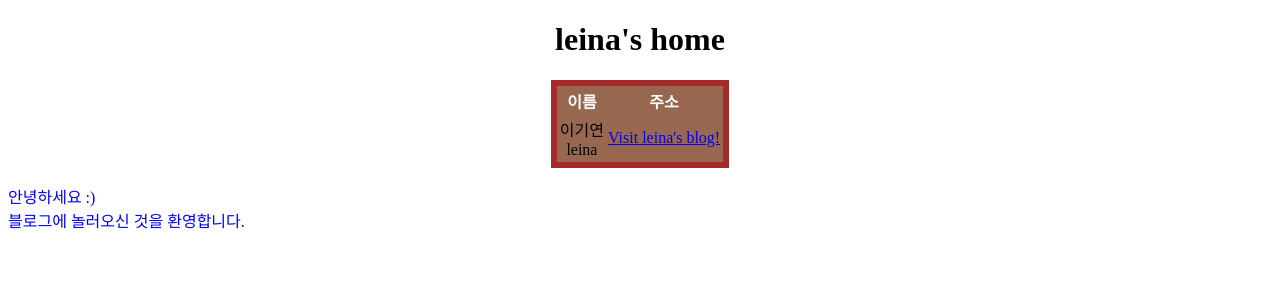
Repository: trapezer84/JSP
Page: http://localhost/ACA_Assignment0203/
The author's editor kept a copy of each file at every save. The page is drawn from the files as they stood at one save, then again after the next save.
The browser window is 1280 px wide. The pictures show the whole page.
The page is served by Tomcat 9. Other server files are loaded and not shown.

Above is the page before, as saved 2016-02-03 07:50:56.

### ACA_Assignment0203/WebContent/index.jsp
<%@ page language="java" contentType="text/html; charset=UTF-8"
    pageEncoding="UTF-8"%>
<!DOCTYPE html PUBLIC "-//W3C//DTD HTML 4.01 Transitional//EN" "http://www.w3.org/TR/html4/loose.dtd">
<html>
<head>
<meta http-equiv="Content-Type" content="text/html; charset=UTF-8">
<title>welcome to leina'a world! </title>
<style>
	table.tb1 {
		width: 270;
		height: 100;
		background-color: #97684F;
		border: 6px solid brown;
		padding: 15;
		align: center;
	}
</style>
</head>
<body>
	<h1 align="center">leina's home</h1>

	<table class="tb1" align="center">
		<tr>
			<th><span style="color:white">이름</span></th>
			<th><span style="color:white">주소</span></th>
		</tr>

		<tr>
			<td align="center">이기연 <br />leina </td>
			<td><a href="http://kiyeonlee.com">Visit leina's blog!</a></td>
		</tr>
	</table>

	<div style="color:blue">
		<p> 안녕하세요 :) <br />
			블로그에 놀러오신 것을 환영합니다. <br />
		</p>
	</div>

</body>
</html>

After the next save:
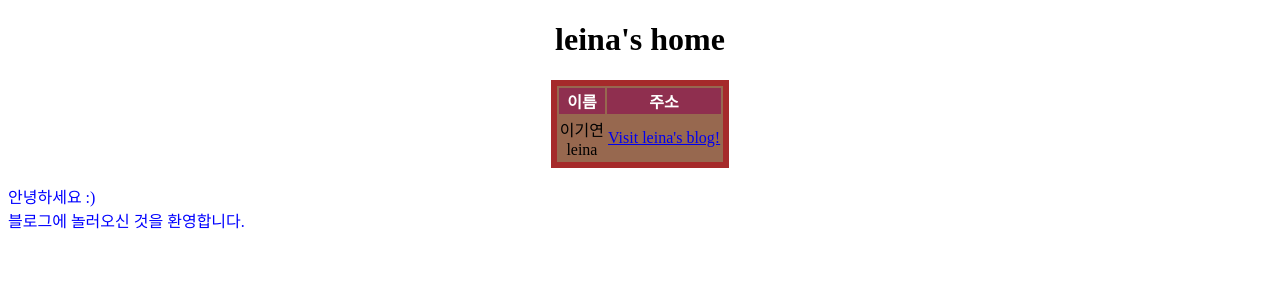
Saved 59 s later.
--- a/ACA_Assignment0203/WebContent/index.jsp
+++ b/ACA_Assignment0203/WebContent/index.jsp
@@ -13,6 +13,9 @@
 		border: 6px solid brown;
 		padding: 15;
 		align: center;
+	}
+	table.tb1 th {
+		background-color: #8F2F4F;
 	}
 </style>
 </head>
